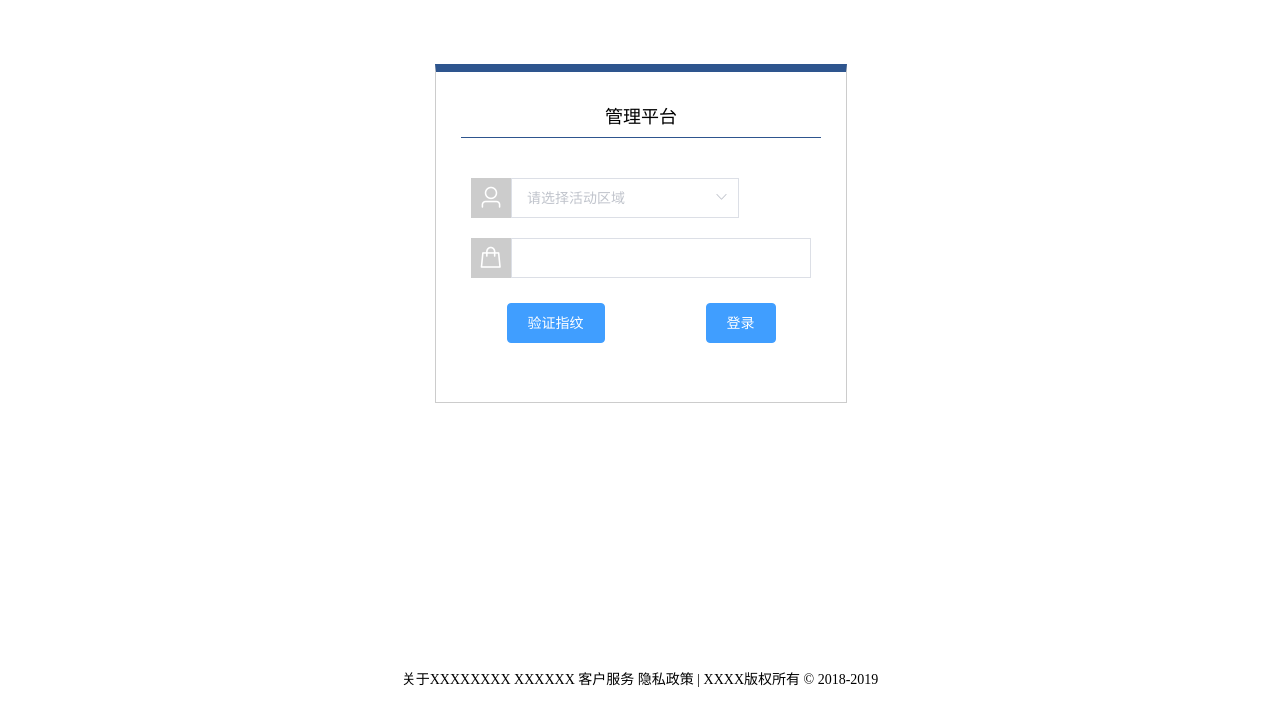
Repository: lff528/man_system
Page: /
An editor plug-in stored every save of this project. The page is shown before and after the next save, followed by the edit.
The browser window is 1280 px wide. The pictures show the whole page.
The project was rebuilt for these pictures with package versions that can differ from the ones it lists, and the page was loaded fresh each time.

Above is the page before, as saved 2020-01-03 13:40:39.

After the next save:
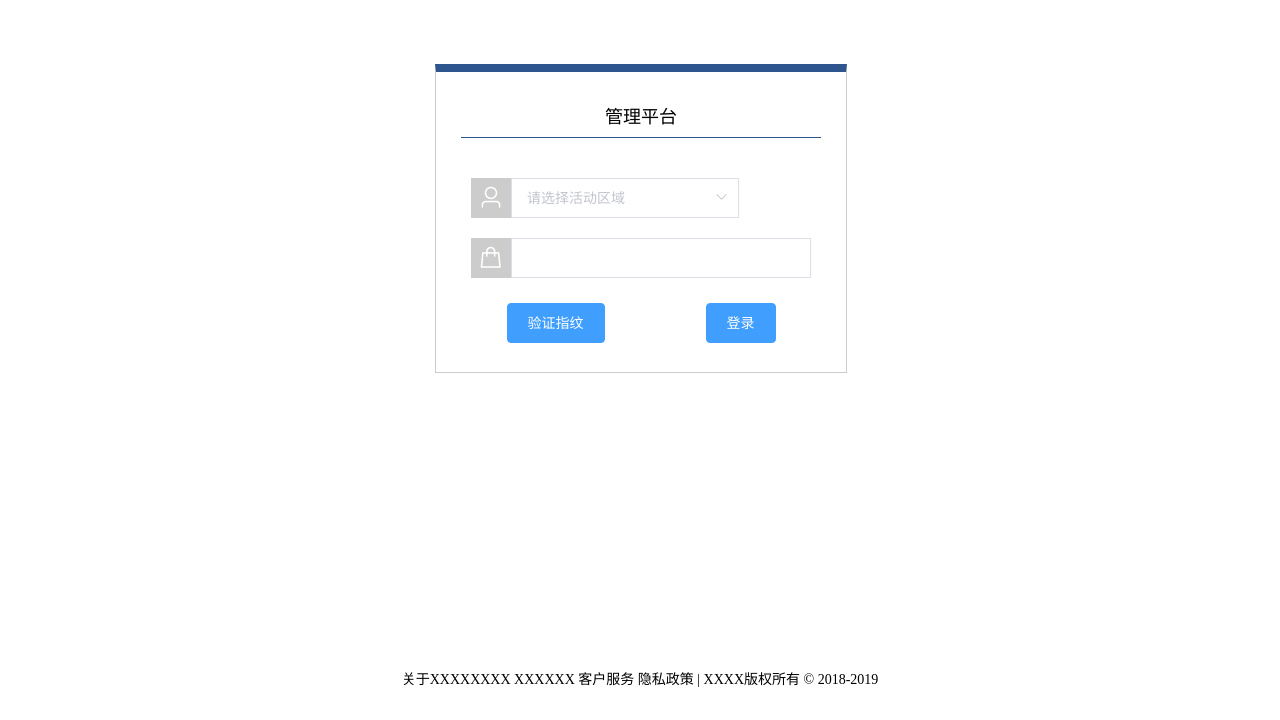
Saved 24 s later.
--- a/src/components/login/index.vue
+++ b/src/components/login/index.vue
@@ -66,7 +66,7 @@ export default {
         background: white;
         .main{
           width: 360px;
-          height: 280px;
+          height: 250px;
           border: 1px solid #ccc;
           position: relative;
           left: 50%;
